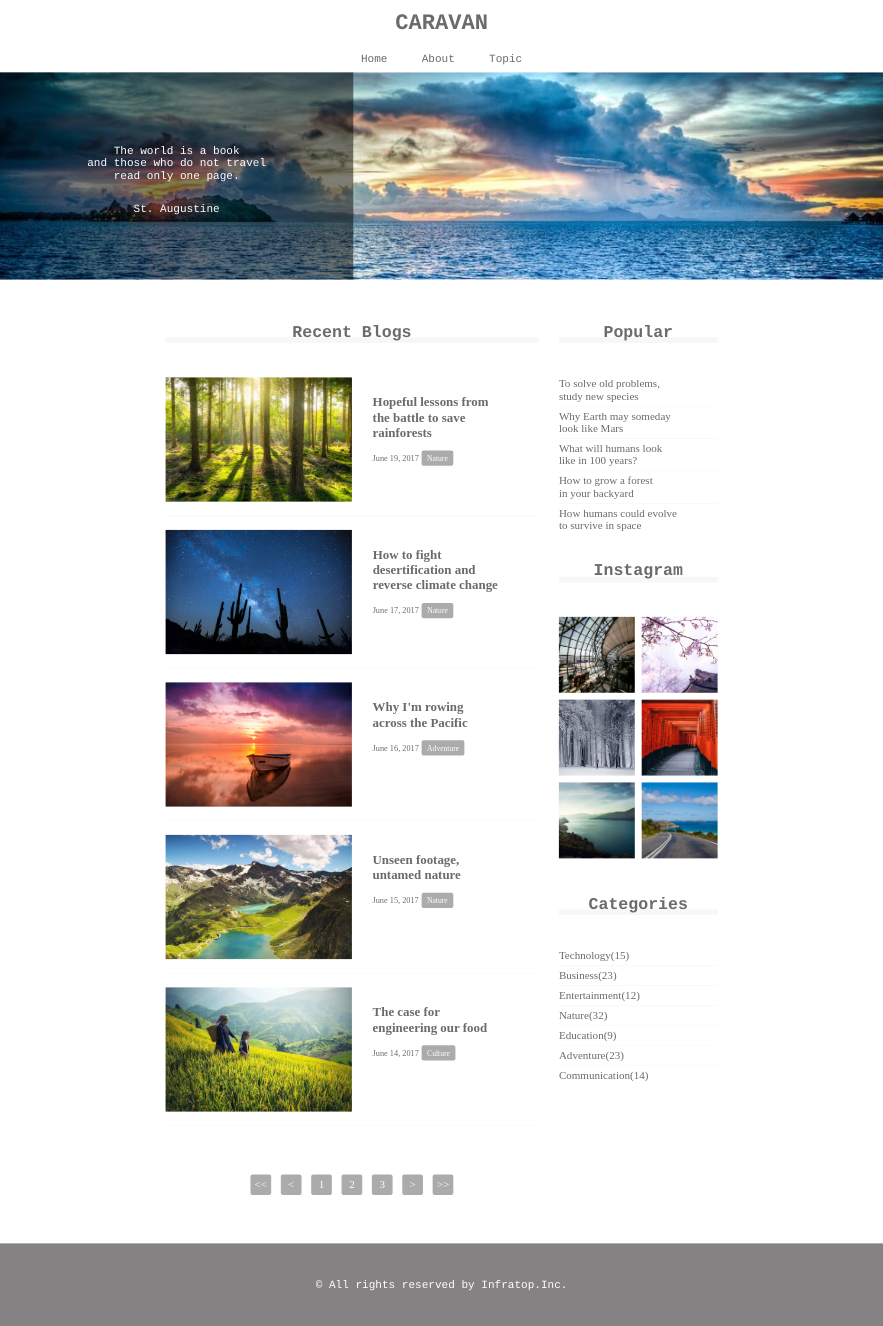
Repository: KoPiyt/Infratop-01
Page: caravan/index.html
The author's editor kept a record of every edit. The page is drawn from the files as they stood at one moment, then again after the next edit.
The browser window is 1280 px wide. The pictures show the whole page, at 69% of full size.
Some web libraries are served in a nearby version.

Above is the page before.

### caravan/index.html
<!DOCTYPE html>
<html lang="ja">
  <head>
    <meta charset="UTF-8" />

    <script src="https://kit.fontawesome.com/45b41b99b0.js" crossorigin="anonymous"></script>
    <!-- CSSファイルの読み込み -->
    <link rel="stylesheet" href="style.css" />
    <title>CARAVAN</title>
  </head>

  <body>
    <!-- header -->
    <header>
      <h1 class="heading">
        <a href="index.html">
          CARAVAN
        </a>
      </h1>
      <div class="social"></div>
    </header>

    <!-- navigation -->
    <nav>
      <ul class="nav-list">
        <li class="nav-list-item">
          <a href="index.html">Home</a>
        </li>
        <li class="nav-list-item">About</li>
        <li class="nav-list-item">Topic</li>
      </ul>
    </nav>

    <!-- main-visual用のdiv -->
    <div class="main-visual">
      <div class="main-visual-content">
        <!-- pタグ（と文字）を追加 -->
        <p class="main-visual-text">
          The world is a book<br>
          and those who do not travel<br>
          read only one page.
        </p>
        <p class="main-visual-name">
          St. Augustine
        </p>      </div>
    </div>

    <!-- main用のdiv -->
    <main>
      <section class="blog">
        <h2 class="blog-heading">Recent Blogs</h2>
    <div class="blog-box">
          <div class="blog-item">
            <img class="blog-image" src="img/forest.jpg" />
            <section class="blog-text">
              <h3 class="blog-text-heading">
                <a href="single.html">
                  Hopeful lessons from<br>
                  the battle to save<br>
                  rainforests
                </a>
              </h3>
              <p class="blog-date">June 19, 2017</p>
              <span class="category">Nature</span>
            </section>
          </div>

          <div class="blog-item">
            <img class="blog-image" src="img/desert.jpg" />
            <section class="blog-text">
              <h3 class="blog-text-heading">
                <a href="single.html">
                  How to fight<br>
                  desertification and<br>
                  reverse climate change
                </a>
              </h3>
              <p class="blog-date">June 17, 2017</p>
              <span class="category">Nature</span>
            </section>
          </div>

          <div class="blog-item">
            <img class="blog-image" src="img/sunset.jpg" />
            <section class="blog-text">
              <h3 class="blog-text-heading">
                <a href="single.html">
                  Why I'm rowing<br>
                  across the Pacific
                </a>
              </h3>
              <p class="blog-date">June 16, 2017</p>
              <span class="category">Adventure</span>
            </section>
          </div>

          <div class="blog-item">
            <img class="blog-image" src="img/italy.jpg" />
            <section class="blog-text">
              <h3 class="blog-text-heading">
                <a href="single.html">
                  Unseen footage,<br>
                  untamed nature
                </a>
              </h3>
              <p class="blog-date">June 15, 2017</p>
              <span class="category">Nature</span>
            </section>
          </div>

          <div class="blog-item">
            <img class="blog-image" src="img/asia.jpg" />
            <section class="blog-text">
              <h3 class="blog-text-heading">
                <a href="single.html">
                  The case for<br>
                  engineering our food
                </a>
              </h3>
              <p class="blog-date">June 14, 2017</p>
              <span class="category">Culture</span>
            </section>
          </div>
        </div>
        <div class="pagination">
          <p><<</p>
          <p><</p>
          <p>1</p>
          <p>2</p>
          <p>3</p>
          <p>></p>
          <p>>></p>
        </div>
      </section>
      <div class="sidebar">
         <section class="popular">
          <h2 class="popular-heading common-heading">Popular</h2>
          <div class="sidebar-contents">
            <p class="popular-text">To solve old problems,<br>study new species</p>
            <p class="popular-text">Why Earth may someday<br>look like Mars</p>
            <p class="popular-text">What will humans look<br>like in 100 years?</p>
            <p class="popular-text">How to grow a forest<br>in your backyard</p>
            <p class="popular-text">How humans could evolve<br>to survive in space</p>
          </div>
         </section>

        <section class="instagram">
          <h2 class="instagram-heading common-heading">Instagram</h2>
          <div class="sidebar-contents">
            <div class="instagram-box"></div>
            <div class="instagram-box"></div>
            <div class="instagram-box"></div>
            <div class="instagram-box"></div>
            <div class="instagram-box"></div>
            <div class="instagram-box"></div>
          </div>
        </section>

        <section class="categories">
          <h2 class="categories-heading common-heading">Categories</h2>
          <div class="sidebar-contents">
            <p class="categories-text">Technology(15)</p>
            <p class="categories-text">Business(23)</p>
            <p class="categories-text">Entertainment(12)</p>
            <p class="categories-text">Nature(32)</p>
            <p class="categories-text">Education(9)</p>
            <p class="categories-text">Adventure(23)</p>
            <p class="categories-text">Communication(14)</p>
          </div>
        </section>

      </div>
    </main>

    <!-- footer -->
    <footer>
      <p class="footer-text">© All rights reserved by Infratop.Inc.</p>
    </footer>
  </body>
</html>

### caravan/style.css
/* ブラウザがそれぞれ持っているCSSをリセットするための記述 */
* {
  margin: 0;
  padding: 0;
  box-sizing: border-box;
  color: #6c6b6b;
}

a {
  text-decoration: none;
}

header, nav, h2, .main-visual, footer {
  font-family: Chalkduster, "Bradley Hand", Courier, "Segoe Print", sans-serif;
}


header {
  width: 90%; /* 横幅90% */
  padding: 15px 0;
  margin: 0 auto;
  text-align: center;
}

.social i {
  display: inline-block;
  margin-left: 20px;
}

header .heading { /* headerタグ内のheadingクラスにのみ反映される */
  font-size: 32px;
}

.nav-list {
  text-align: center;
  padding: 10px 0;
  margin: 0 auto;
}

.nav-list-item {
  list-style: none;
  display: inline-block;
  margin: 0 20px;
}

.main-visual {
  width: 100%; /* 横幅いっぱい */
  height: 300px; /* 高さ300px */
  background-image: url(img/mv.jpg);
  background-size: cover;
  background-position: center;
}

.main-visual-content {
  width: 40%; /* 横幅40% */
  height: 300px; /* 親の高さに揃える */
  background-color: rgba( 0, 0, 0, 0.5); /* 背景色を半透明の黒にする */
  text-align: center; /* 文字を中央揃えにする */
  padding-top: 105px; /* 上側の内側余白で垂直方向の位置を調整 */
}

.main-visual-text {
  color: #fff; /* 文字色を白に変更 */
}

.main-visual-name {
  margin-top: 30px; /* 上側の外側の余白 */
  color: #fff; /* 文字色を白に変更 */
}

main {
  width: 800px; /* 横幅800px */
  display: flex; /* Flexboxの利用 */
  justify-content: center; /* 要素の横並び・中央寄せ */
  margin: 0 auto; /* 要素の中央揃え */
  padding: 70px 0; /* 上下に70px、左右に0pxの内側余白 */
}

.blog {
  width: 540px;
  margin-right: 30px; /* 領域の右側余白 */
}

.blog-heading {
  border-bottom: 8px solid #f7f7f7;
  text-align: center;
  line-height: 0.6;
}

.blog-box {
  padding-top: 50px;
}

.blog-item {
  padding-bottom: 20px;
  margin-bottom: 20px;
  border-bottom: 1px solid #f7f7f7;
  display: flex;
  justify-content: flex-start;
}

.blog-image {
  height: 180px;
}

.blog-text {
  padding: 25px 0 0 30px;
}

.blog-text-heading {
  padding-bottom: 15px;
}

.blog-date {
  font-size: 12px;
  display: inline-block;
}

.category {
  display: inline-block;
  padding: 5px 8px;
  background-color: #acabab;
  border-radius: 3px;
  color: #fff;
  font-size: 11px;
}

.pagination {
  text-align: center;
  padding-top: 50px;
}

.pagination p {
  display: inline-block;
  width: 30px;
  height: 30px;
  margin: 0 5px;
  color: #fff;
  background-color: #acabab;
  border-radius: 3px;
  line-height: 30px;
}

.sidebar {
  width: 230px;
}

.common-heading {
  border-bottom: 8px solid #f7f7f7;
  text-align: center;
  line-height: 0.6;
}

.sidebar-contents {
  padding: 50px 0;
}

.popular-text,
.categories-text {
  padding-bottom: 5px;
  border-bottom: 1px solid #f7f7f7;
  margin-bottom: 5px;
}

.popular-text:last-child,
.categories-text:last-child {
  margin: 0;
  padding: 0;
  border: none;
}

.instagram .sidebar-contents {
  display: flex;
  flex-wrap: wrap;
}

.instagram-box {
  width: 110px;
  padding-top: 110px;
  background-size: cover;
  background-position: center;
  margin-bottom: 10px;
}

.instagram-box:nth-child(odd) {
  margin: 0 10px 10px 0;
}

.instagram-box:nth-child(1) {
  background-image: url(img/airport.jpg);
}

.instagram-box:nth-child(2) {
  background-image: url(img/japan.jpg);
}

.instagram-box:nth-child(3) {
  background-image: url(img/snow.jpg);
}

.instagram-box:nth-child(4) {
  background-image: url(img/japan2.jpg);
}

.instagram-box:nth-child(5) {
  background-image: url(img/lake.jpg);
}

.instagram-box:nth-child(6) {
  background-image: url(img/road.jpg);
}

footer {
  width: 100%; /* 横幅いっぱい */
  height: 120px; /* 高さ120px */

  text-align: center;
  line-height: 120px;
  background-color: #848282;
}

.footer-text {
  color: #fff;
}


@media screen and (max-width: 425px) {

  .social i {
    color: blue;
  }
  main{
    width:100%;
  }

   .nav-list {
    width: 100%;
  }
 .blog{
    width:100%;
  }
  header{
    width:100%;
  }
  .blog-box{
    width:100%;
  }
}

After the next edit:
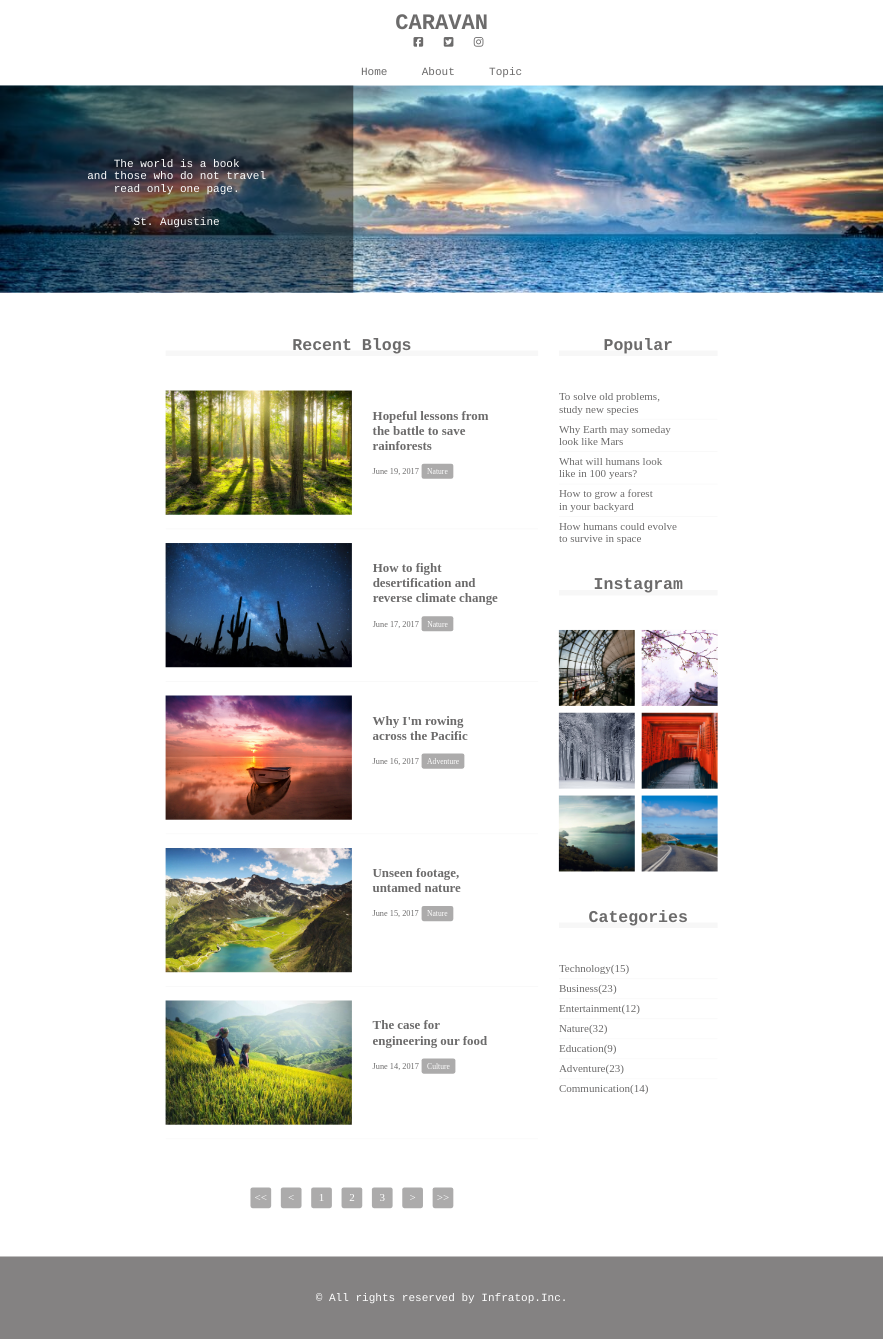
The edit:
--- a/caravan/index.html
+++ b/caravan/index.html
@@ -2,7 +2,7 @@
 <html lang="ja">
   <head>
     <meta charset="UTF-8" />
-
+        <meta name="viewport" content="width=device-width,initial-scale=1.0">
     <script src="https://kit.fontawesome.com/45b41b99b0.js" crossorigin="anonymous"></script>
     <!-- CSSファイルの読み込み -->
     <link rel="stylesheet" href="style.css" />
@@ -17,7 +17,13 @@
           CARAVAN
         </a>
       </h1>
-      <div class="social"></div>
+      <div class="social">
+        <i class="fab fa-facebook-square"></i>
+        <i class="fab fa-twitter-square"></i>
+        <i class="fab fa-instagram"></i>
+      </div>
+
+
     </header>
 
     <!-- navigation -->
